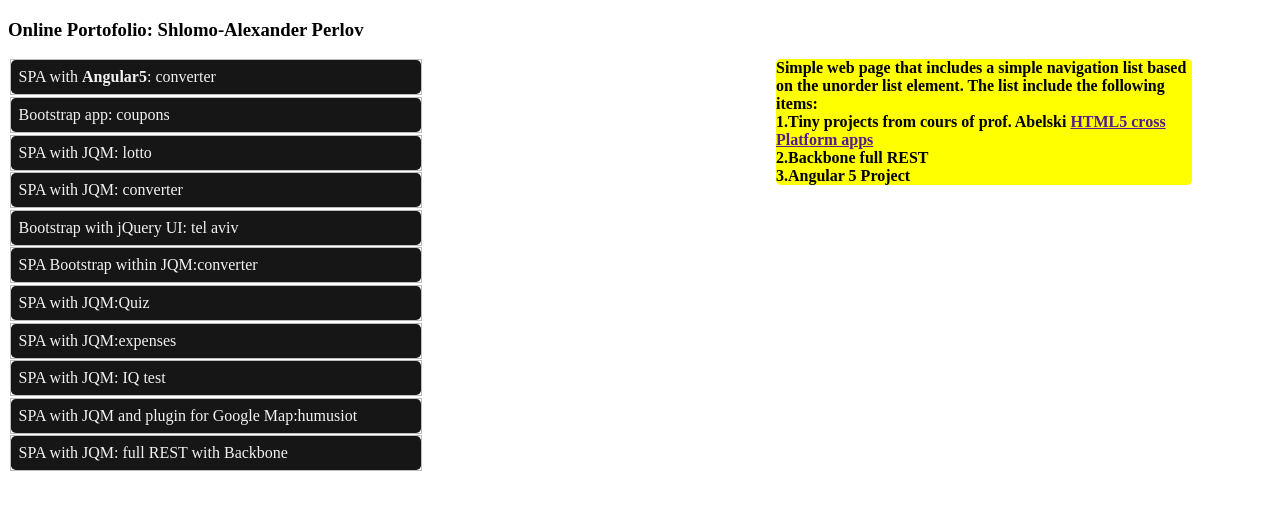
Repository: perlov3301/nav
Page: public/fver/a18h.html
The author's editor kept a record of every edit. The page is drawn from the files as they stood at one moment, then again after the next edit.
The browser window is 1280 px wide. The pictures show the whole page.

Above is the page before.

After the next edit:
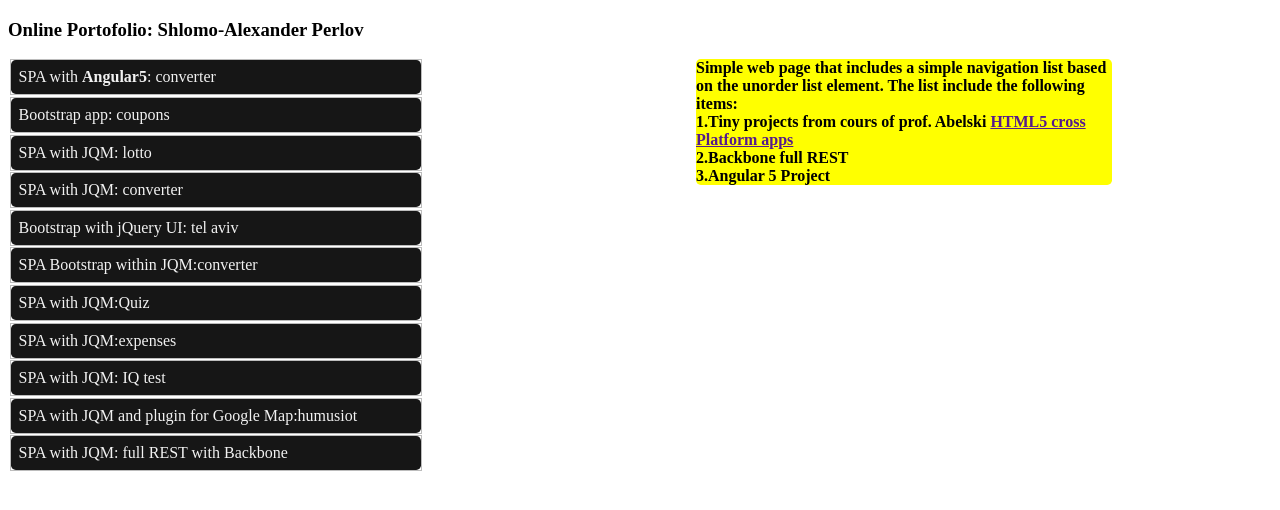
The edit:
--- a/public/fver/a18c.css
+++ b/public/fver/a18c.css
@@ -33,7 +33,7 @@
   height:auto;
   border: 0;
   border-radius: 1em;
-  margin-right: 5em;
+  margin-right: 10em;
   /*padding-right: 5em;*/
   /*overflow:auto;*/
 ;}
